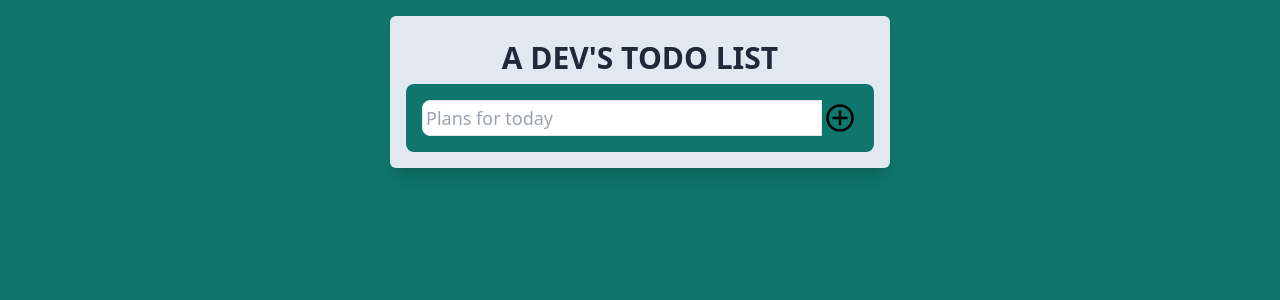
Repository: DevAntonioRogers/React-Todo-CRUD-App
Page: /
These files come from the project's save history. The page is drawn as it stood at one moment and after the next save; the edit follows.
The browser window is 1280 px wide. The pictures show the whole page.
The project was rebuilt for these pictures with package versions that can differ from the ones it lists, and the page was loaded fresh each time. Also part of the build but not shown: vite.config.ts.

Above is the page before, as saved 2023-05-14 01:39:05.

### src/App.tsx
import Form from "./components/Form";

const App = () => {
  return (
    <div className="h-screen w-screen p-4 bg-teal-700">
      <div className="bg-slate-200 max-w-[500px] w-full m-auto rounded-md shadow-xl p-4">
        <h1 className="text-3xl font-bold text-center text-gray-800 p-2">A DEV'S TODO LIST</h1>
        <Form />
      </div>
    </div>
  );
};

export default App;

### src/components/Form.tsx
import { GrAddCircle } from "react-icons/gr";

const Form = () => {
  return (
    <form className="flex justify-between bg-teal-700 p-4 rounded-lg">
      <input
        className="border w-full text-lg rounded-tl-lg rounded-bl-lg p-[3px]"
        type="text"
        placeholder="Plans for today"
      />
      <button className="p-[3px]">
        <GrAddCircle size={30} color="white" />
      </button>
    </form>
  );
};

export default Form;

Loaded but not shown: index.html (common file); src/main.tsx (common file); src/index.css (common file); tailwind.config.js (common file)

After the next save:
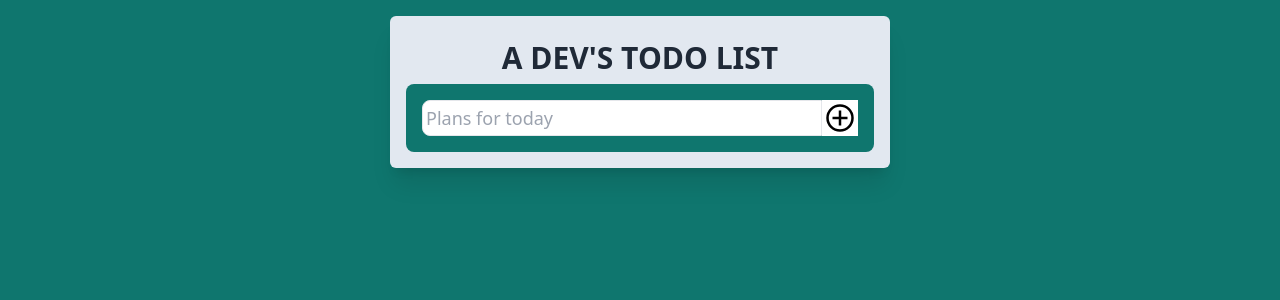
Saved 8 s later.
--- a/src/components/Form.tsx
+++ b/src/components/Form.tsx
@@ -8,7 +8,7 @@ const Form = () => {
         type="text"
         placeholder="Plans for today"
       />
-      <button className="p-[3px]">
+      <button className="p-[3px] bg-white">
         <GrAddCircle size={30} color="white" />
       </button>
     </form>
